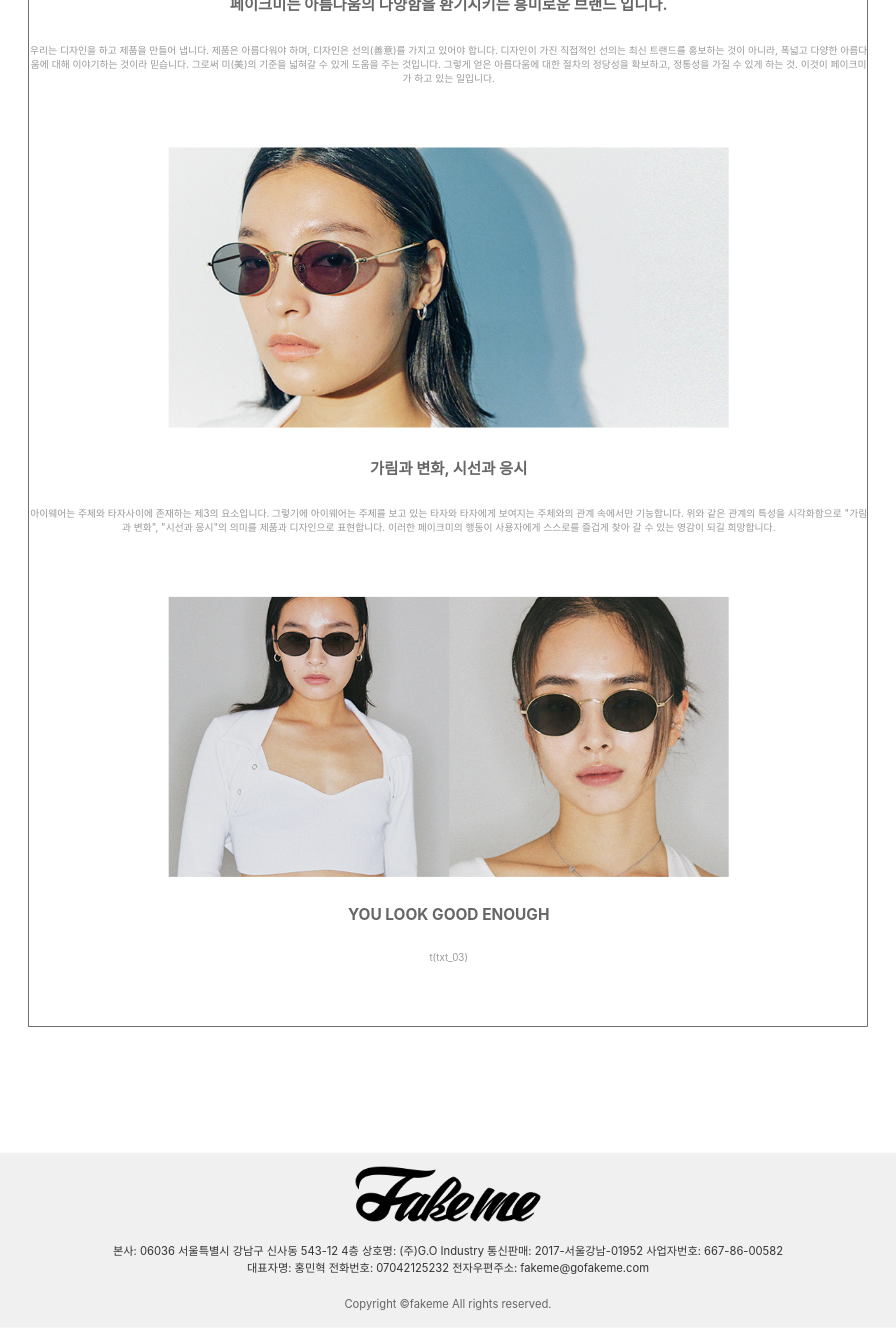
Repository: songjiwon17/fakeme_project
Page: /about/company
The author's editor kept a copy of each file at every save. The page is drawn from the files as they stood at one save, then again after the next save.
The browser window is 1280 px wide. The pictures show the part of the page from y = 1154 to 3074 px (the page is 3051 px tall before and 3074 px after), at 70% of full size.
The project was rebuilt for these pictures with package versions that can differ from the ones it lists, and the page was loaded fresh each time. Also part of the build but not shown: src/data/tab.js, src/pages/Main.jsx, src/data/product.js, src/pages/Product.jsx, src/pages/Frame.jsx, src/pages/Contact.jsx, src/pages/Fakeme.jsx.

Above is the page before, as saved 2023-11-16 18:50:31.

After the next save:
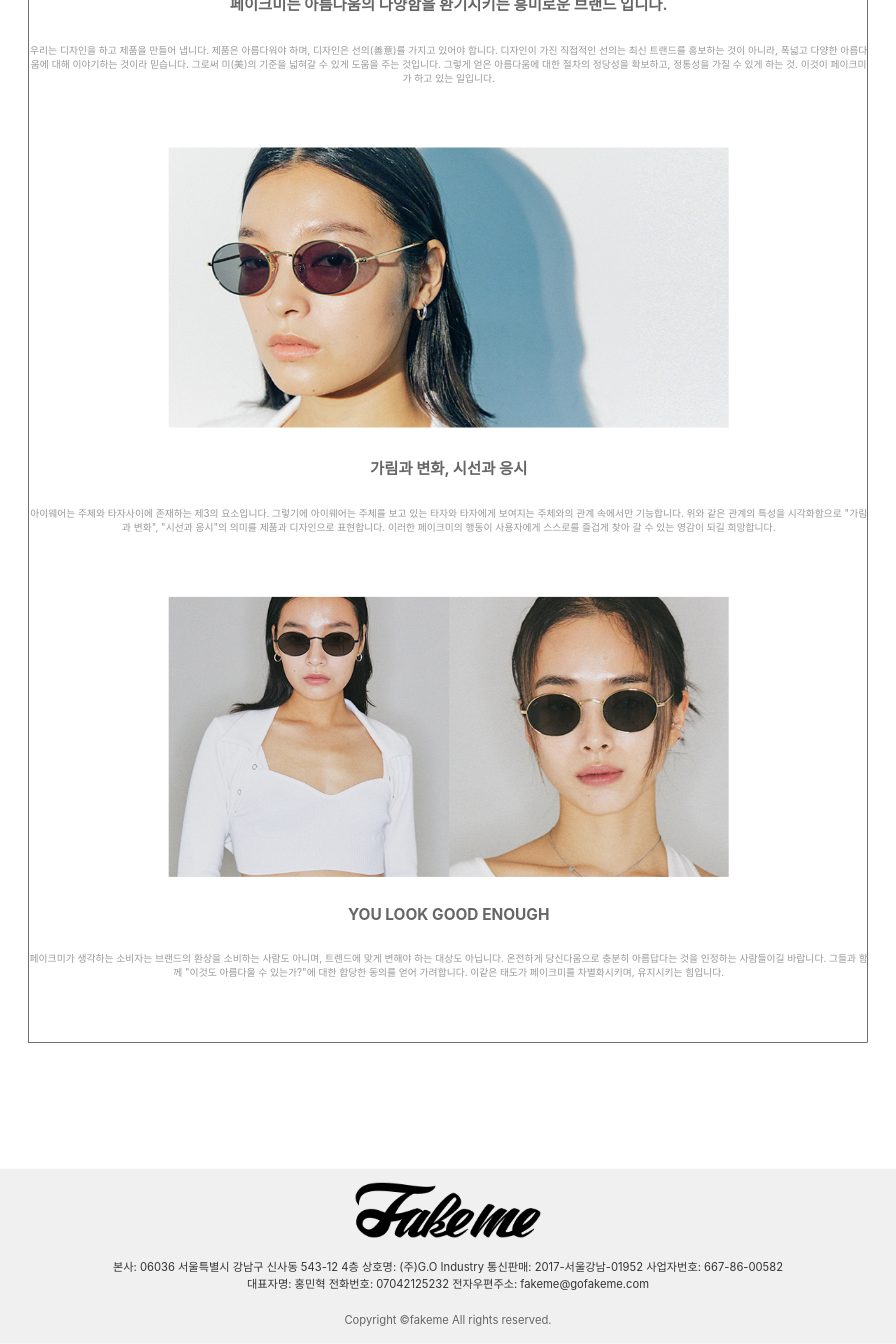
Saved 25 s later.
--- a/src/pages/About.jsx
+++ b/src/pages/About.jsx
@@ -40,7 +40,7 @@
               <div className='wrap'>
               <div className='pic'><img src='../../images/about/about_02.png'/></div>
                 <h3 className='title'>You Look Good Enough</h3>
-                <p className='txt'>t({'txt_03'})</p>
+                <p className='txt'>{t('txt_03')}</p>
               </div>
             </div>
           </div>
